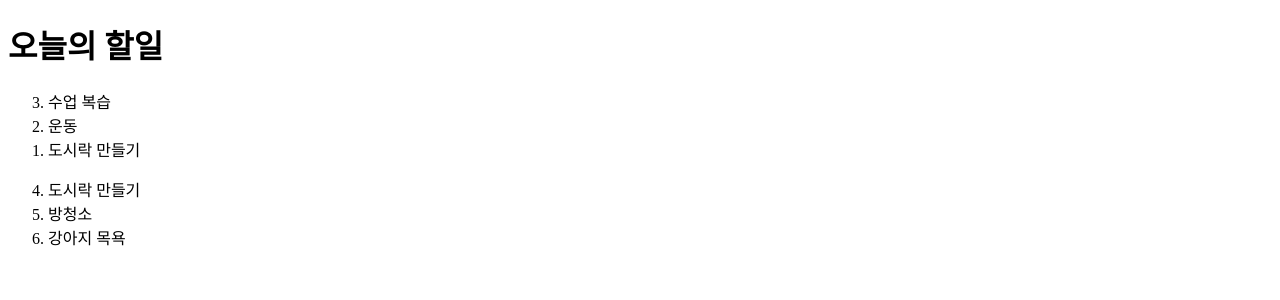
Repository: heoSuKyeong/client_Ssanyong
Page: ClientTest/src/main/webapp/html/ex10_list.html
These files come from the project's save history. The page is drawn as it stood at one moment and after the next save; the edit follows.
The browser window is 1280 px wide. The pictures show the whole page.

Above is the page before, as saved 2023-09-20 02:19:20.

### ClientTest/src/main/webapp/html/ex10_list.html
<!DOCTYPE html>
<html>
<head>
<meta charset="UTF-8">
<title>Insert title here</title>
</head>
<body>
	<h1>오늘의 할일</h1>

	<ol reversed>
		<li>수업 복습</li>
		<li>운동</li>
		<li>도시락 만들기</li>
	</ol>

	<ol start="4">
		<li>도시락 만들기</li>
		<li>방청소</li>
		<li>강아지 목욕</li>

	</ol>
</body>
</html>


<!--
List, 목록
1. 순서가 있는 목록
<ol> + <li>


2. 순서가 없는 목록
<ul> + <li>

3. 용어 정의 목록
<dl> + <dt> + <dd>


 -->

After the next save:
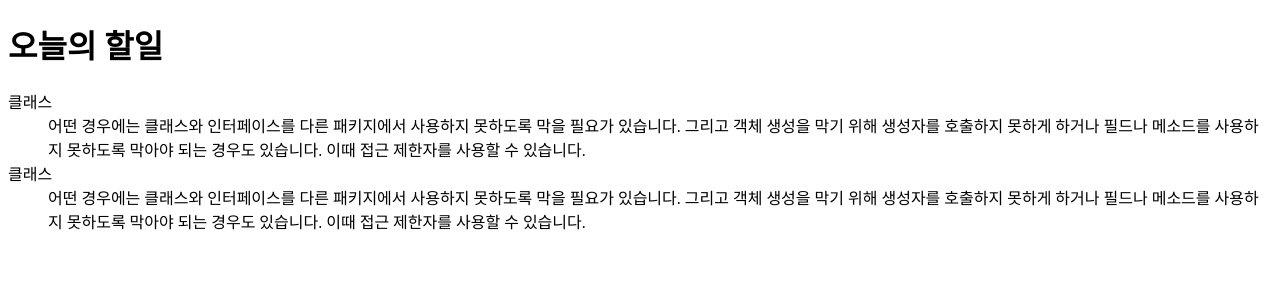
Saved 2 min 19 s later.
--- a/ClientTest/src/main/webapp/html/ex10_list.html
+++ b/ClientTest/src/main/webapp/html/ex10_list.html
@@ -7,18 +7,16 @@
 <body>
 	<h1>오늘의 할일</h1>
 
-	<ol reversed>
-		<li>수업 복습</li>
-		<li>운동</li>
-		<li>도시락 만들기</li>
-	</ol>
-
-	<ol start="4">
-		<li>도시락 만들기</li>
-		<li>방청소</li>
-		<li>강아지 목욕</li>
-
-	</ol>
+	<dl>
+	<dt>클래스</dt>
+		<dd>어떤 경우에는 클래스와 인터페이스를 다른 패키지에서 사용하지 못하도록 막을 필요가 있습니다.
+		그리고 객체 생성을 막기 위해 생성자를 호출하지 못하게 하거나 필드나 메소드를 사용하지 못하도록 막아야 되는 경우도 있습니다.
+		이때 접근 제한자를 사용할 수 있습니다. </dd>
+	<dt>클래스</dt>
+		<dd>어떤 경우에는 클래스와 인터페이스를 다른 패키지에서 사용하지 못하도록 막을 필요가 있습니다.
+		그리고 객체 생성을 막기 위해 생성자를 호출하지 못하게 하거나 필드나 메소드를 사용하지 못하도록 막아야 되는 경우도 있습니다.
+		이때 접근 제한자를 사용할 수 있습니다. </dd>
+	</dl>
 </body>
 </html>
 
